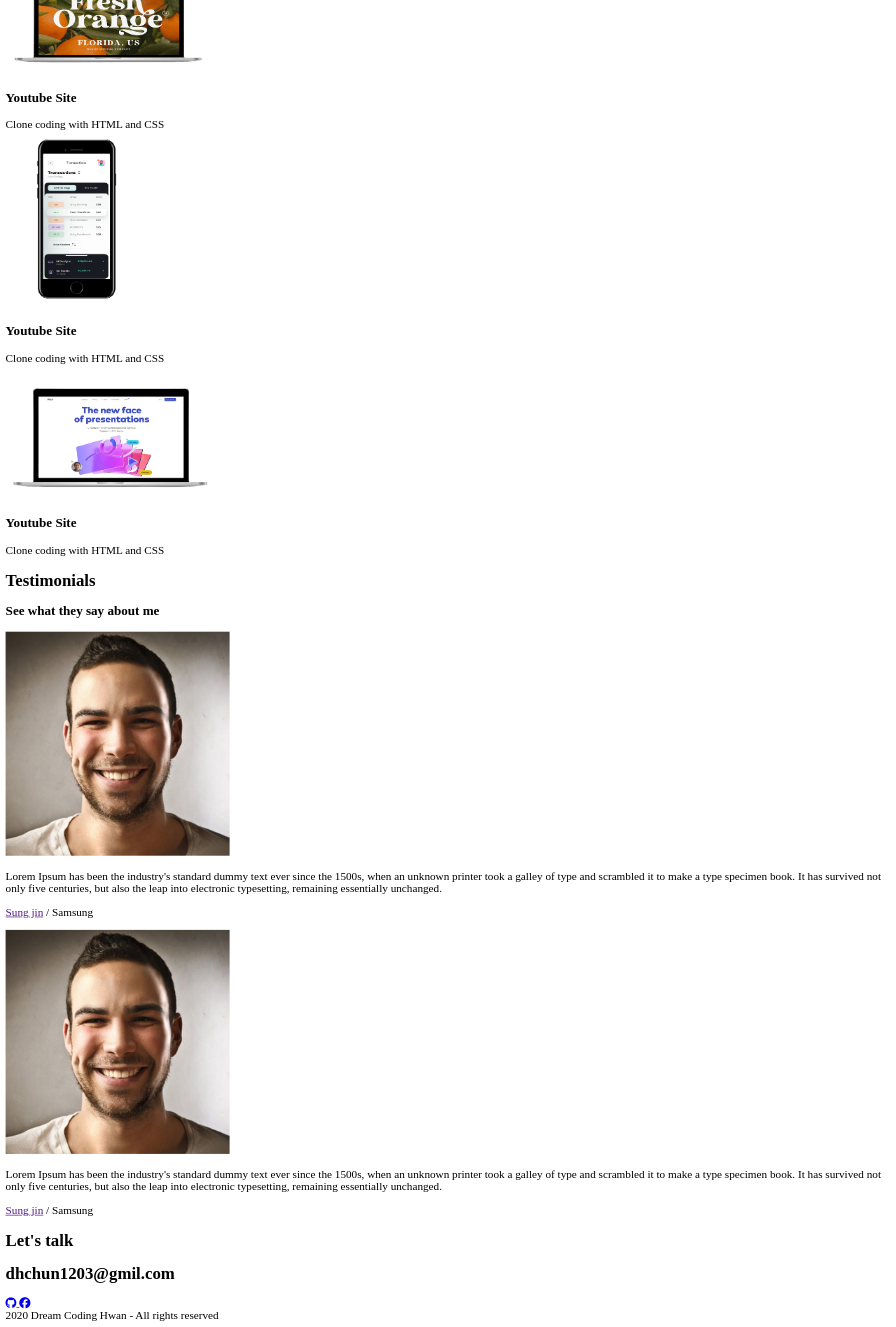
Repository: dhchun1203/Portfolio
Page: index.html
These files come from the project's save history. The page is drawn as it stood at one moment and after the next save; the edit follows.
The browser window is 1280 px wide. The pictures show the part of the page from y = 3399 to 5319 px (the page is 5295 px tall before and 5319 px after), at 70% of full size.
A picture or video elsewhere on the page could not be fetched, so the positions and the page height are approximate. Some web libraries are served in a nearby version.

Above is the page before, as saved 2020-12-04 22:23:07.

After the next save:
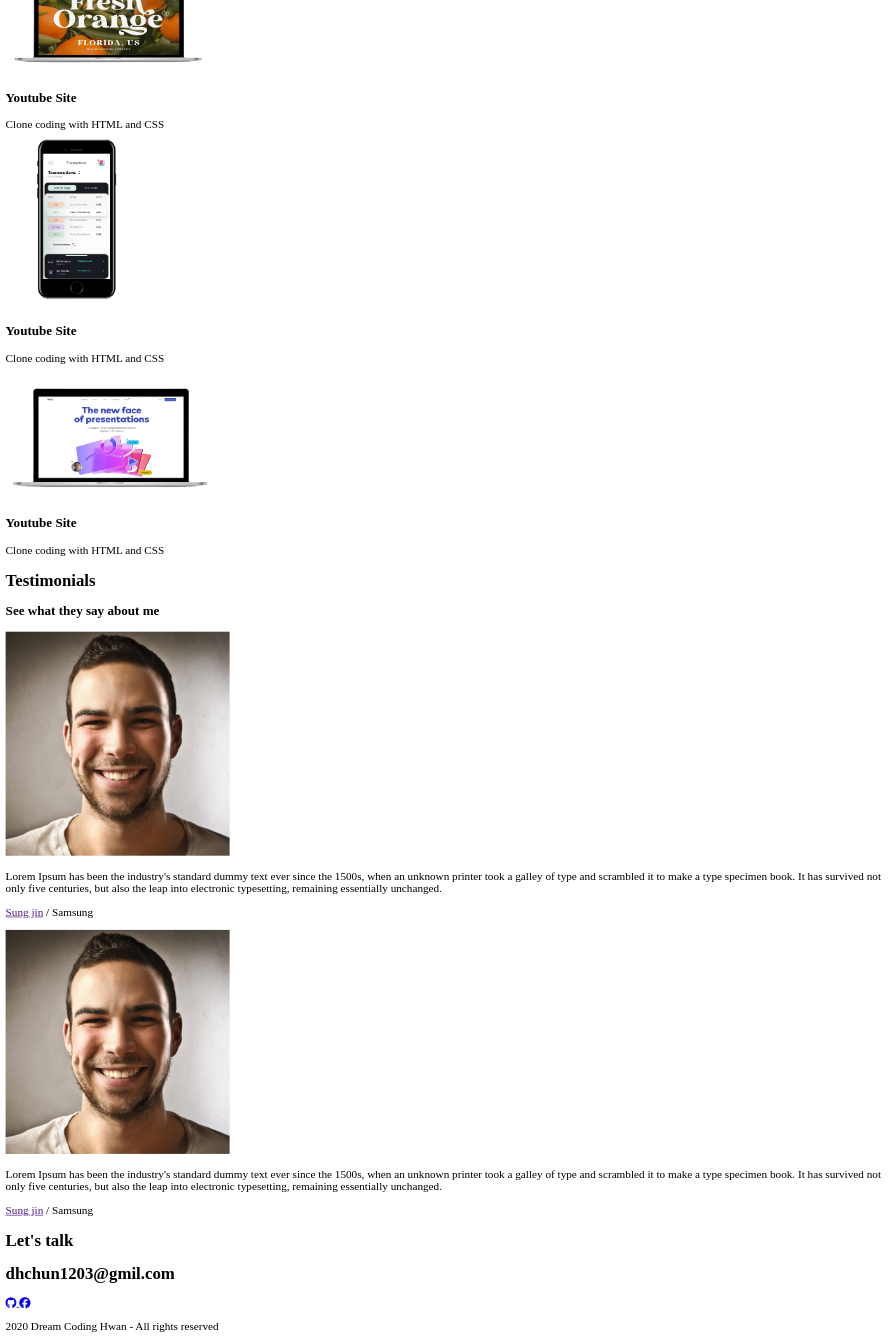
Saved 20 s later.
--- a/index.html
+++ b/index.html
@@ -535,9 +535,9 @@
 					<i class="fab fa-facebook"></i>
 				</a>
 			</div>
-			<div class="contact__rights">
+			<p class="contact__rights">
 				2020 Dream Coding Hwan - All rights reserved
-			</div>
+			</p>
 		</section>
 	</body>
 </html>
